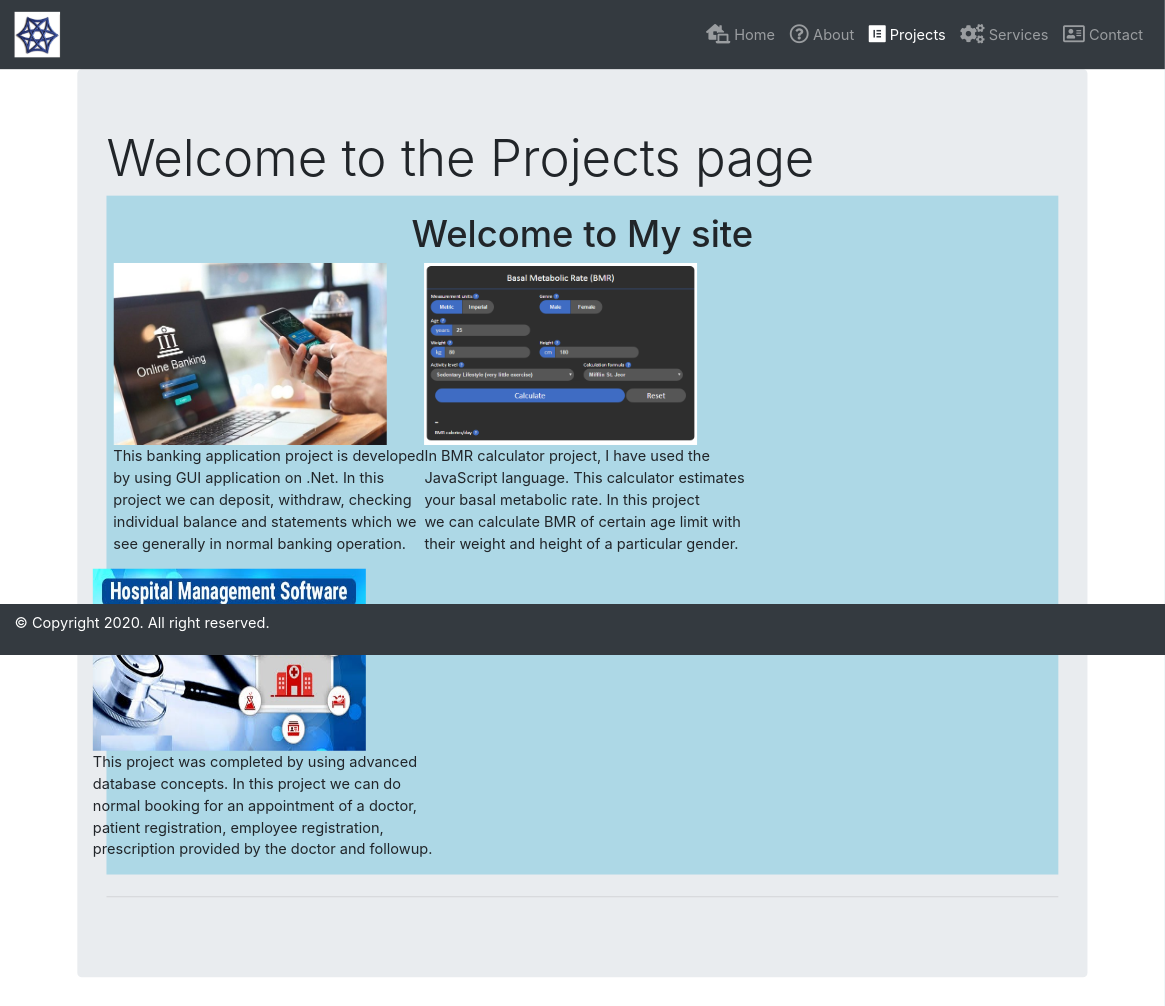
Repository: laxmangothe2020/COMP229Assignment
Page: http://localhost/projects
These files come from the project's save history. The page is drawn as it stood at one moment and after the next save; the edit follows.
The browser window is 1280 px wide. The pictures show the whole page, at 91% of full size.
The page is served by the project's Node server (server.js). Other server files are loaded and not shown.

Above is the page before, as saved 2021-02-11 23:53:35.

### views/index.ejs

<%- include partials/header.ejs %>

   <%- include partials/main_nav.ejs %>

      <!-- Main Contain -->
   <main class="container">
    <div class="jumbotron">
    <h1 class="display-4"> Welcome to the <%= title %> page </h1>
    <!--Using Switch case all infornation passed through here-->
      <% switch (title) {
        case 'Home' : %>
        <%- include partials/home.ejs %>
                <% break;

        case 'About' : %>
        <%- include partials/about.ejs %>
                <% break;

        case 'Projects' : %>
        <%- include partials/projects.ejs %>
                <% break;

        case 'Services' : %>
        <%- include partials/services.ejs %>
                <% break;

        case 'Contact' : %>
        <%- include partials/contact.ejs %>
              <% break;
       } %>
      <hr class="my-4">
    </div>
  </main>

   <%- include partials/bottom_nav.ejs %>


    <%- include partials/footer.ejs %>

### views/partials/header.ejs

<!DOCTYPE html>
<html lang="en">
  <head>
   <meta charset="UTF-8">
   <meta name="viewport" content="with=device-width, initial-scale=1.0">
    <title><%= title %></title>

  <!-- CSS Section-->
  <link rel="stylesheet" href="/bootstrap/dist/css/bootstrap.min.css">
  <link rel="stylesheet" href="/@fortawesome/fontawesome-free/css/all.min.css">
  <link rel='stylesheet' href='/Content/app.css'/>

</head>
<body>

### views/partials/main_nav.ejs
<!-- Main Navigation -->
   <nav class="navbar navbar-expand-lg navbar-dark bg-dark">
      <a class="navbar-brand" href="/"><img src="./Assets/images/hexagon.jpg" alt="Hexagon picture" width="50" height="50"></a>
      <button class="navbar-toggler" type="button" data-toggle="collapse" data-target="#navbarSupportedContent" aria-controls="navbarSupportedContent" aria-expanded="false" aria-label="Toggle navigation">
       <span class="navbar-toggler-icon"></span>
     </button>

     <div class="collapse navbar-collapse" id="navbarSupportedContent">
        <ul class="navbar-nav ml-auto">

          <% if (title == "Home") { %>
        <li class="nav-item active">
        <% } else { %>
        <li class="nav-item">
        <% } %>
          <a class="nav-link" href="/home"><i class="fas fa-lg fa-laptop-house"></i> Home </a>
        </li>

        <% if (title == "About") { %>
          <li class="nav-item active">
          <% } else { %>
          <li class="nav-item">
          <% } %>
        <a class="nav-link" href="/about"><i class="far fa-lg fa-question-circle"></i> About </a>
        </li>

        <% if (title == "Projects") { %>
          <li class="nav-item active">
          <% } else { %>
          <li class="nav-item">
          <% } %>
        <a class="nav-link" href="/projects"><i class="fab fa-lg fa-elementor"></i> Projects </a>
        </li>

        <% if (title == "Services") { %>
          <li class="nav-item active">
          <% } else { %>
          <li class="nav-item">
          <% } %>
        <a class="nav-link" href="/services"><i class="fas fa-lg fa-cogs"></i> Services </a>
        </li>

        <% if (title == "Contact") { %>
          <li class="nav-item active">
          <% } else { %>
          <li class="nav-item">
          <% } %>
        <a class="nav-link" href="/contact"><i class="far fa-lg fa-address-card"></i> Contact </a>

        </li>

      </div>
    </nav>

### views/partials/home.ejs
<body>
   <div style="background-color: lightblue;margin-bottom: 10px">
                    <h3 style="padding-left: 40px;padding-top:10px;color: #AA7439"><h1 style="text-align:center;">Welcome to My site</h1>
                    <div style="width: 100%;height:100%;background-color:lightblue;">
                        <img src="./Assets/images/homeimg.png" alt="3D Picture" width="450" style="float: right;margin-left: 20px;margin-right:20px;">
                       <p style="padding-left:15px; padding-right: 10px; color:#696969;margin:20px;text-align: justify;line-height:1.7;padding-bottom: 20px;">
                           Your new MyWebsite Now is here! Let's build and publish your website together. We developed this series of help articles to introduce you to the basic functions of web design with your MyWebsite Now.Our industry software experts have years of experience building business automation web solutions for a number of verticals. We use custom APIs and our mastery of web services to build web-based automation services for applications like inventory control, digital marketing and customer relationship management.
                           <br> <br><b> MISSION STATEMENT </b><br><br>
                            My mission is to have a successful careers in software engineering and graduate education with a thorough understanding of software engineering and experiential learning opportunities to apply that knowledge to solve real-world problems.
                             </p>
                    </div>
                    </div>
        <p>
         <h5 style="text-align:center;"><a href="/about"> About Page</a></h5>
        </p>
         <div >
                <div class="social" style="float:left;clear:none;float: right;">

                   <img src="./Assets/images/fbcolor.png">

                   <img src="./Assets/images/InstaColor.png">

                    <img src="./Assets/images/twitterColor.png">
                    <img src="./Assets/images/gPlusColor.png">
               </div>
            </div>

</body>

### views/partials/about.ejs

         <div id="contentEditable">


                    <div style="background-color: lightblue;">
                        <h3 style="padding-left: 40px;padding-top:20px;color: #AA7439"><h3 style="text-align:center;"> About Me </h3>
                        <div style="width: 100%;height:100%;background-color:lightblue;">
                            <img src="./Assets/images/laxman.jpeg" alt="Security for Life" width="300" style="float: right;margin-left: 30px;margin-right:30px">
                           <p style="padding-left:15px; padding-right: 10px; color:#696969;margin:20px;text-align: justify;line-height:1.7;padding-bottom: 20px;">
                             Hello, my name is Laxman Gothe. Currently, I am a student of Software Engineering Technology in the 3rd semester. I am from Nepal. I believe that learning never ends. I love hiking, rafting, and traveling to new places in my free time.
                             <br>
                             <br>
                             Regarding to my education, I had completed a bachlor's degree in Electronics and Communication Engineering fro Tribhuvan University, Nepal.
                             <br>
                             <br>
                             I had enrolled in Software Engineering Technology at Centennial College to a software developer and currently I am enrolled in 3rd semester. Software technology is my first subject that I am taking in Canada and I am enjoying it as it is my part of interest too.
                             <br>
                             <br>
                             Thank You
                             <br>
                             <br>
                             With Regards
                             <br>
                             <br>
                             Laxman Gothe
                             <br>
                             <br>
                             301102988

                           </p>
                       </div>


                    </div>
        </div>
<p>
<h5 style="text-align:center;"><a href="/public/PDF/resume.pdf"> Resume </a></h5>
</p>

### views/partials/projects.ejs
<body>
    <div id="holdingContainer">
 <div style="background-color: lightblue;margin-bottom: 15px">
     <h3 style="padding-left: 40px;padding-top:10px;color: #AA7439">
        <h1 style="text-align:center;">Welcome to My site</h1>
        <div style="width: 100%;height:100%;background-color:lightblue;"></div>
          <div id="contentEditable">
            <div class = "row">
             <div class="column">
               &nbsp;&nbsp;&nbsp;&nbsp;&nbsp;<img src="./Assets/images/banking.jpg" width="300" height="200">
              <p>&nbsp;&nbsp;&nbsp;&nbsp;&nbsp;This banking application project is developed<br>
                &nbsp;&nbsp;&nbsp;&nbsp;&nbsp;by using GUI application on .Net. In this  <br>
                &nbsp;&nbsp;&nbsp;&nbsp;&nbsp;project we can deposit, withdraw, checking<br>
                &nbsp;&nbsp;&nbsp;&nbsp;&nbsp;individual balance and statements which we <br>
                &nbsp;&nbsp;&nbsp;&nbsp;&nbsp;see generally in normal banking operation.</p>
            </div>


           <div class="column">
             <img src="./Assets/images/bmr.png" width="300" height="200" >
              <p> In BMR calculator project, I have used the<br>
                  JavaScript language. This calculator estimates <br>
                  your basal metabolic rate. In this project <br>
                  we can calculate BMR of certain age limit with <br>
                  their weight and height of a particular gender.</p>
           </div>



           <div class="column">
               <img src="./Assets/images/hospital.jpg" width="300" height="200" >
               <p> This project was completed by using advanced<br>
                   database concepts. In this project we can do <br>
                   normal booking for an appointment of a doctor,<br>
                   patient registration, employee registration,<br>
                   prescription provided by the doctor and followup.</p>
           </div>
        </div>

      </div>
  </div>
</div>
 </body>

### views/partials/services.ejs


<div class="row">
    <div class="column">
        <img src="./Assets/images/mobile.jpg" width="350" height="250" >
    </div>
    <div class="column">
        <img src="./Assets/images/game.jpg" width="350" height="250" >
    </div>
    <div class="column">
        <img src="./Assets/images/quality.jpg" width="350" height="250" >
    </div>
    <br><p><b>Services we provides are:</b></p><br>
    <br><ul style="list-style-image:url(images/bullet.png);">
    <li>Mobile Development  📱</li>
    <li>Game Development  🎮</li>
    <li>Quality Assurance  🎖️</li>
    <li>Website Design  🌐</li>
    <li>Technical Support  ♻️</li>
    </ul>
</div>

### views/partials/contact.ejs
<body>
 <div style="background-color: lightblue;margin-bottom: 10px">
  <h3 style="padding-left: 40px;padding-top:10px;color: #AA7439"><h1 style="text-align:center;">Welcome to My site</h1>
   <div style="width: 100%;height:100%;background-color:lightblue;">
      <div class="container">
       <h5 class="display-5">Please Fillup the following details</h5>
         <div id="errorMessage" class="alert alert-danger" role="alert" hidden>
       </div>

     <form id="conactForm">
      <div class="form-group">
        <label for="firstName">First Name</label>
        <input type="text" class="form-control" id="firstName" name="firstName" aria-describedby="firstName"
        placeholder="Enter First Name" required autofocus>
      </div>

      <div class="form-group">
        <label for="lastName">Last Name</label>
        <input type="text" class="form-control" id="lastName" name="lastName" aria-describedby="lastName"
        placeholder="Enter Last Name" required>
      </div>

      <div class="form-group">
        <label for="contactNumber">Contact Number</label>
        <input type="tel" class="form-control" id="contactNumber" name="contactNumber" aria-describedby="contactNumber"
        placeholder="Enter Contact Number" required>
      </div>

      <div class="form-group">
        <label for="emailAddress">Email address</label>
        <input type="email" class="form-control" id="emailAddress" name="emailAddress" aria-describedby="emailAddress"
        placeholder="Enter Email" required>
      </div>

      <div class="form-group">
        <label for="shortMessage">Your Message</label>
        <textarea class="form-control" id="shortMessage"  name="shortMessage" rows="3" aria-describedby="shortMessage" placeholder="--If you have Short message, please write here--" required></textarea></textarea>
      </div>

      <button type="button" class="btn btn-outline-success">Submit</button></a>
      <!--<button id="submitButton" type="submit" class="btn btn-primary btn-lg"><i class="fas fa-share-square"></i> Send</button> -->
      <button type="button" class="btn btn-outline-danger">Cancel</button>
     </form>
     </div>
    </div>
   </div>
   </body>

### views/partials/bottom_nav.ejs
<!-- Bottom Nav -->

    <footer>

       <nav class="navbar fixed-bottom navbar-dark bg-dark">
           <p style="color:white;">&copy; Copyright 2020. All right reserved.</p>
       </nav>

    </footer>

### views/partials/footer.ejs
<!-- Script Section-->
    <script src="/jquery/dist/jquery.min.js"></script>
    <script src="/bootstrap/dist/js/bootstrap.min.js"></script>
    <script src="/Scripts/app.js"></script>
 </body>
</html>

### server.js
#!/usr/bin/env node

/**
 * Module dependencies.
 */

let app = require('./app');
let debug = require('debug')('week4:server');
let http = require('http');

/**
 * Get port from environment and store in Express.
 */

let port = normalizePort(process.env.PORT || '3000');
app.set('port', port);

/**
 * Create HTTP server.
 */

let server = http.createServer(app);

/**
 * Listen on provided port, on all network interfaces.
 */

server.listen(port);
server.on('error', onError);
server.on('listening', onListening);

/**
 * Normalize a port into a number, string, or false.
 */

function normalizePort(val) {
  let port = parseInt(val, 10);

  if (isNaN(port)) {
    // named pipe
    return val;
  }

  if (port >= 0) {
    // port number
    return port;
  }

  return false;
}

/**
 * Event listener for HTTP server "error" event.
 */

function onError(error) {
  if (error.syscall !== 'listen') {
    throw error;
  }

  let bind = typeof port === 'string'
    ? 'Pipe ' + port
    : 'Port ' + port;

  // handle specific listen errors with friendly messages
  switch (error.code) {
    case 'EACCES':
      console.error(bind + ' requires elevated privileges');
      process.exit(1);
      break;
    case 'EADDRINUSE':
      console.error(bind + ' is already in use');
      process.exit(1);
      break;
    default:
      throw error;
  }
}

/**
 * Event listener for HTTP server "listening" event.
 */

function onListening() {
  let addr = server.address();
  let bind = typeof addr === 'string'
    ? 'pipe ' + addr
    : 'port ' + addr.port;
  debug('Listening on ' + bind);
}

### routes/index.js
var express = require('express');
var router = express.Router();

/* GET home page. */
router.get('/', function(req, res, next) {
  res.render('index', { title: 'Home'});
});

/* GET home page. */
router.get('/home', function(req, res, next) {
  res.render('index', { title: 'Home'});
});

/* GET About page. */
router.get('/about', function(req, res, next) {
  res.render('index', { title: 'About'});
});

/* GET Products page. */
router.get('/projects', function(req, res, next) {
  res.render('index', { title: 'Projects'});
});

/* GET Services page. */
router.get('/services', function(req, res, next) {
  res.render('index', { title: 'Services'});
});


/* GET Contact us page. */
router.get('/contact', function(req, res, next) {
  res.render('index', { title: 'Contact'});
});

module.exports = router;

### app.js
//installed third party packages
let createError = require('http-errors');
let express = require('express');
let path = require('path');
let cookieParser = require('cookie-parser');
let logger = require('morgan');

let indexRouter = require('./routes/index');
let usersRouter = require('./routes/users');

let app = express();

// view engine setup
app.set('views', path.join(__dirname, 'views'));
app.set('view engine', 'ejs');

app.use(logger('dev'));
app.use(express.json());
app.use(express.urlencoded({ extended: false }));
app.use(cookieParser());
app.use(express.static(path.join(__dirname, 'public')));
app.use(express.static(path.join(__dirname, 'node_modules')));

app.use('/', indexRouter);
app.use('/users', usersRouter);
app.use('/public/images', express.static('./public/images') ) ;
app.use('/public/PDF', express.static('./public/PDF'));
app.use('/views/partials', express.static('./views/partials'));


// catch 404 and forward to error handler
app.use(function(req, res, next) {
  next(createError(404));
});

// error handler
app.use(function(err, req, res, next) {
  // set locals, only providing error in development
  res.locals.message = err.message;
  res.locals.error = req.app.get('env') === 'development' ? err : {};

  // render the error page
  res.status(err.status || 500);
  res.render('error');
  res.render('error', {title: 'Error'});
});

module.exports = app;

### public/Content/app.css
/* Custom CSS goes here */

### public/Scripts/app.js
// IIFE
(function(){
    function start()
    {
        console.log("App started...")
    }
    window.addEventListener("load", start);

})();

After the next save:
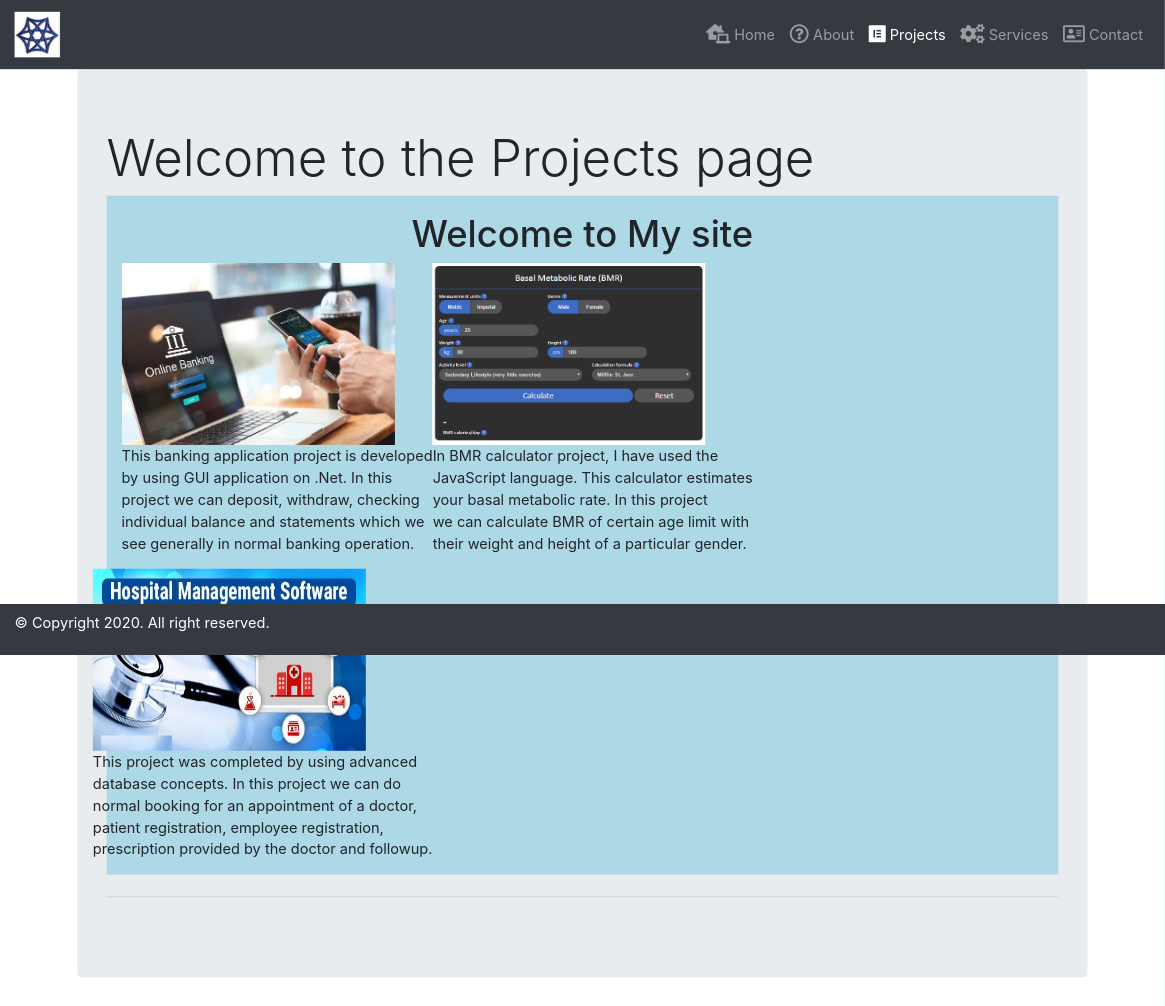
Saved 42 s later.
--- a/views/partials/projects.ejs
+++ b/views/partials/projects.ejs
@@ -7,12 +7,12 @@
           <div id="contentEditable">
             <div class = "row">
              <div class="column">
-               &nbsp;&nbsp;&nbsp;&nbsp;&nbsp;<img src="./Assets/images/banking.jpg" width="300" height="200">
-              <p>&nbsp;&nbsp;&nbsp;&nbsp;&nbsp;This banking application project is developed<br>
-                &nbsp;&nbsp;&nbsp;&nbsp;&nbsp;by using GUI application on .Net. In this  <br>
-                &nbsp;&nbsp;&nbsp;&nbsp;&nbsp;project we can deposit, withdraw, checking<br>
-                &nbsp;&nbsp;&nbsp;&nbsp;&nbsp;individual balance and statements which we <br>
-                &nbsp;&nbsp;&nbsp;&nbsp;&nbsp;see generally in normal banking operation.</p>
+               &nbsp;&nbsp;&nbsp;&nbsp;&nbsp;&nbsp;&nbsp;<img src="./Assets/images/banking.jpg" width="300" height="200">
+              <p>&nbsp;&nbsp;&nbsp;&nbsp;&nbsp;&nbsp;&nbsp;This banking application project is developed<br>
+                &nbsp;&nbsp;&nbsp;&nbsp;&nbsp;&nbsp;&nbsp;by using GUI application on .Net. In this  <br>
+                &nbsp;&nbsp;&nbsp;&nbsp;&nbsp;&nbsp;&nbsp;project we can deposit, withdraw, checking<br>
+                &nbsp;&nbsp;&nbsp;&nbsp;&nbsp;&nbsp;&nbsp;individual balance and statements which we <br>
+                &nbsp;&nbsp;&nbsp;&nbsp;&nbsp;&nbsp;&nbsp;see generally in normal banking operation.</p>
             </div>
 
 
